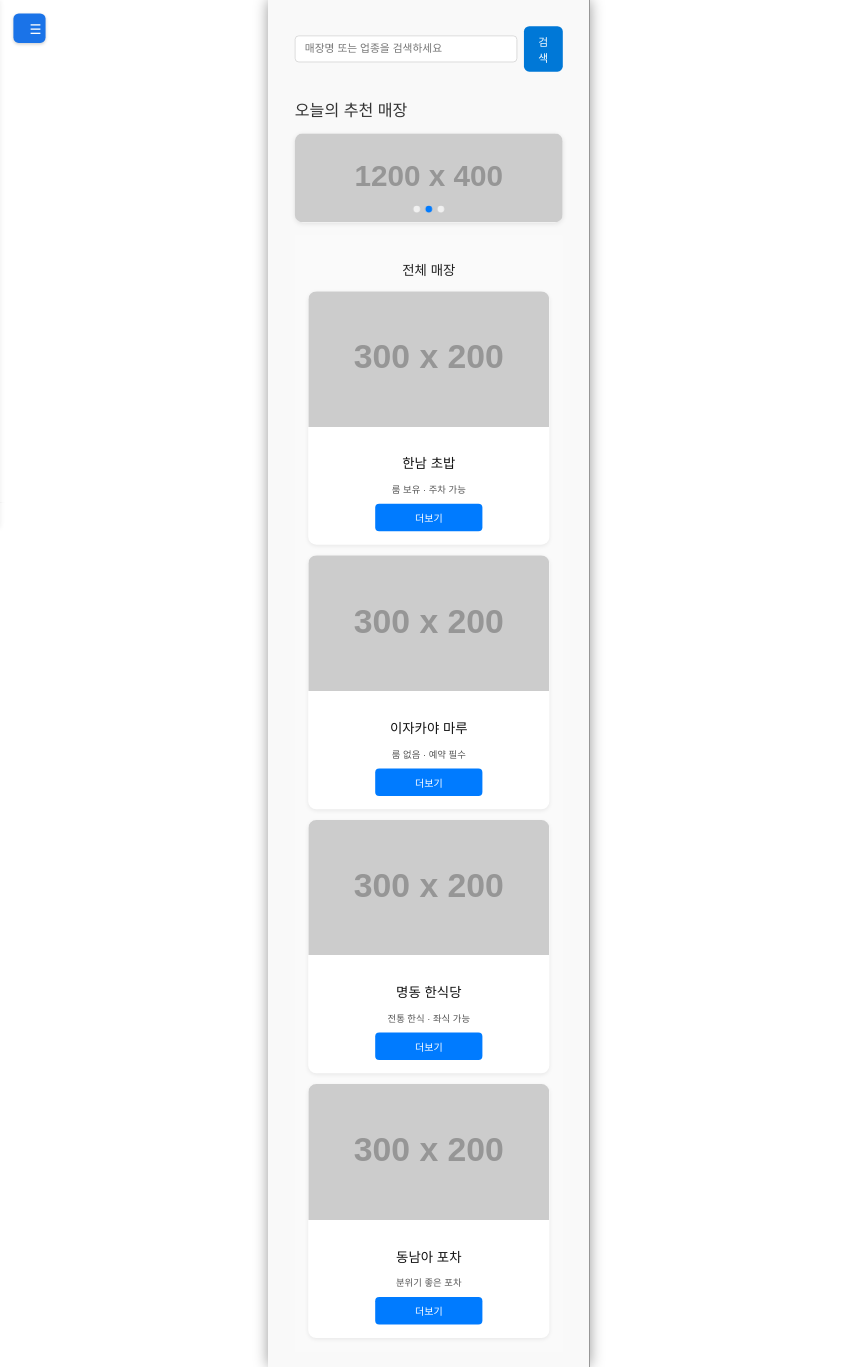
Repository: noiredex/Choplan-API
Page: / (app in choplan/frontend_main/)
The author's editor kept a copy of each file at every save. The page is drawn from the files as they stood at one save, then again after the next save.
The browser window is 1280 px wide. The pictures show the whole page, at 67% of full size.
The project was rebuilt for these pictures with package versions that can differ from the ones it lists, and the page was loaded fresh each time. Also part of the build but not shown: choplan/frontend_main/vite.config.js, choplan/frontend_main/vite.config.ts, choplan/frontend_main/src/styles/StoreDetailPage.css, choplan/frontend_main/src/pages/StoreDetailPage.jsx.

Above is the page before, as saved 2025-10-27 14:20:30.

After the next save:
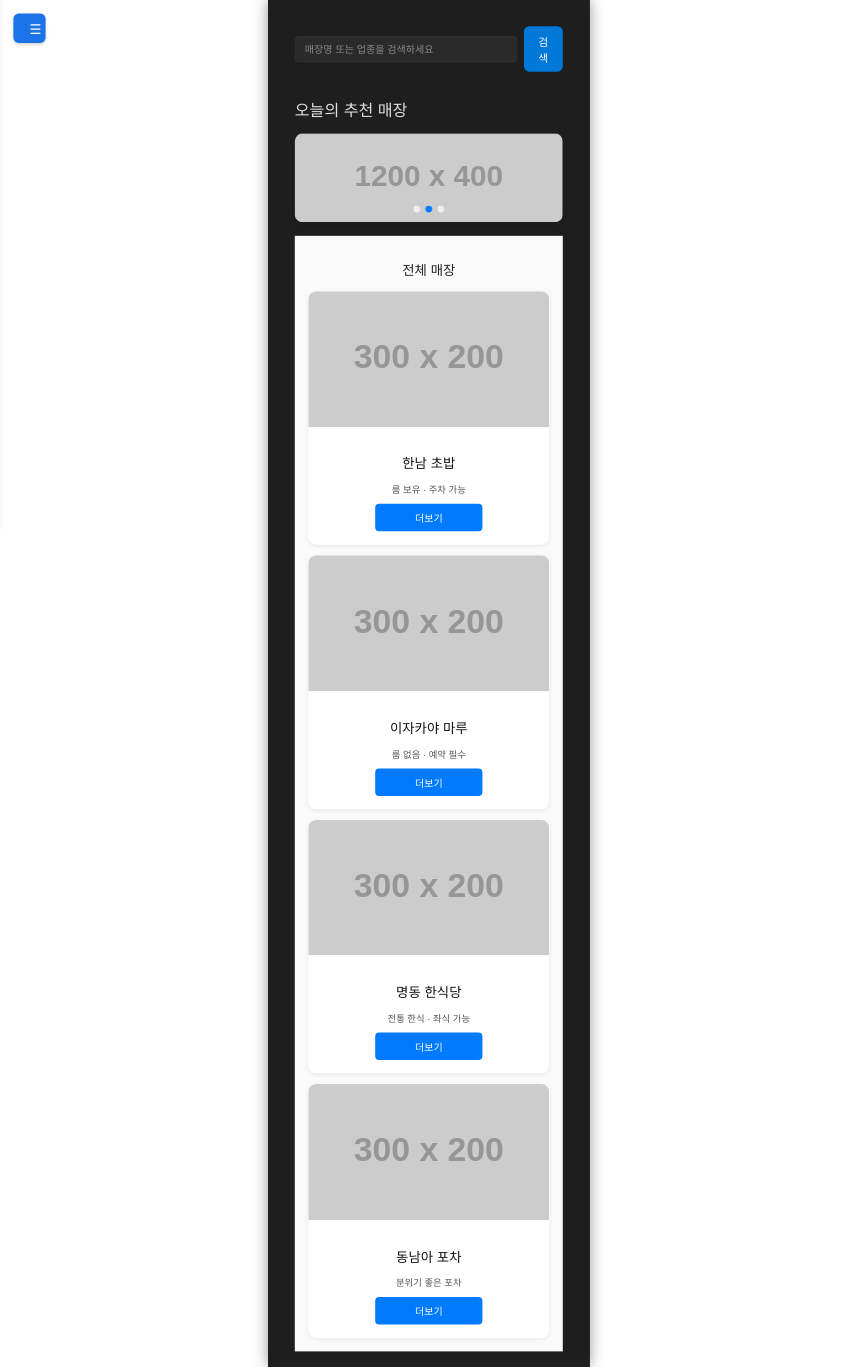
Saved 2 s later.
--- a/choplan/frontend_main/src/styles/HomePage.css
+++ b/choplan/frontend_main/src/styles/HomePage.css
@@ -6,7 +6,8 @@
   justify-content: flex-start;
   width: 100%;
   min-height: 100vh;
-  background-color: #f9f9f9;
+  background-color: #1E1E1E;
+  color: #E0E0E0;
   overflow: hidden;
   box-sizing: border-box;
 }
@@ -16,8 +17,8 @@
   width: 250px;
   min-width: 200px;
   max-width: 280px;
-  background-color: #ffffff;
-  border-right: 1px solid #ddd;
+  background-color: #202020;
+  border-right: 1px solid #2c2c2c;
   overflow-y: auto;
   transition: all 0.3s ease;
 }
@@ -30,14 +31,16 @@
 
 .sidebar-list li {
   padding: 14px 18px;
-  border-bottom: 1px solid #eee;
+  border-bottom: 1px solid #2b2b2b;
   cursor: pointer;
-  transition: background 0.2s;
+  color: #E0E0E0;
+  transition: background 0.2s, color 0.2s;
 }
 
 .sidebar-list li:hover,
 .sidebar-list li.active {
-  background-color: #f0f0f0;
+  background-color: #2a2a2a;
+  color: #3D7FFF;
 }
 
 /* ===== 메인 콘텐츠 ===== */
@@ -49,9 +52,11 @@
   align-items: stretch;
   padding: 24px 40px;
   overflow-y: auto;
-  background-color: #f9f9f9;
+  background-color: #1E1E1E;
   transition: all 0.3s ease;
 }
+
+/* 검색창 */
 
 .search-bar {
   margin-bottom: 20px;
@@ -60,9 +65,14 @@
 .search-bar input {
   width: 100%;
   padding: 10px 14px;
-  border: 1px solid #ccc;
+  border: 1px solid #333;
   border-radius: 6px;
-  font-size: 16px;
+  background-color: #2a2a2a;
+  font-size: 15px;
+}
+
+.search-bar input::placeholder {
+  color: #888;
 }
 
 /* ===== 베너 섹션 ===== */
@@ -76,15 +86,15 @@
 }
 
 .banner-section h2 {
-  font-size: 24px;
+  font-size: 22px;
   font-weight: 700;
-  color: #333;
+  color: #E0E0E0;
   margin-bottom: 16px;
 }
 
 .banner-section .swiper-container {
   width: 100%;
-  max-width: 1200px;
+  max-width: 440px;
   aspect-ratio: 16 / 9;
   border-radius: 12px;
   overflow: hidden;
